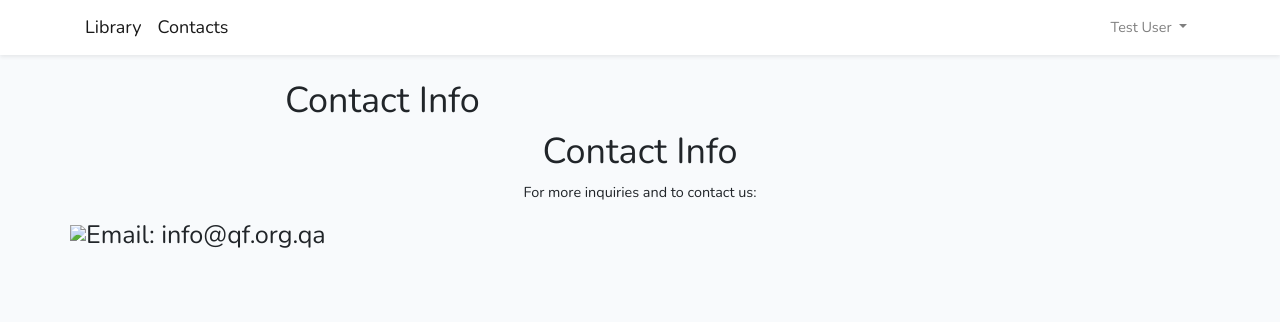
Repository: laravel-sys/groupOne
Page: http://localhost/contacts
The author's editor kept a copy of each file at every save. The page is drawn from the files as they stood at one save, then again after the next save.
The browser window is 1280 px wide. The pictures show the whole page.
The page is served by the project's Laravel application, run on PHP 8.4 with Laravel 8. A made-up administrator, Test User (test@example.com), is signed in. Other server files are loaded and not shown. Style sheets and scripts are compiled from the project's sources, by tool versions that may differ from the author's. Queries for data that is not in the repository find no rows.

Above is the page before, as saved 2021-03-26 23:02:22.

### routes/web.php
<?php
use App\Http\Controllers\ContactsController;
use Illuminate\Support\Facades\Route;

/*
|--------------------------------------------------------------------------
| Web Routes
|--------------------------------------------------------------------------
|
| Here is where you can register web routes for your application. These
| routes are loaded by the RouteServiceProvider within a group which
| contains the "web" middleware group. Now create something great!
|
*/

Route::get('/', function () {
    return view('welcome');
});

Auth::routes();

Route::get('/home', [App\Http\Controllers\HomeController::class, 'index'])->name('home');

Route::resource('contacts', ContactsController::class);

### app/Models/User.php
<?php

namespace App\Models;

use Illuminate\Contracts\Auth\MustVerifyEmail;
use Illuminate\Database\Eloquent\Factories\HasFactory;
use Illuminate\Foundation\Auth\User as Authenticatable;
use Illuminate\Notifications\Notifiable;

class User extends Authenticatable
{
    use HasFactory, Notifiable;

    /**
     * The attributes that are mass assignable.
     *
     * @var array
     */
    protected $fillable = [
        'name',
        'email',
        'password',
    ];

    /**
     * The attributes that should be hidden for arrays.
     *
     * @var array
     */
    protected $hidden = [
        'password',
        'remember_token',
    ];

    /**
     * The attributes that should be cast to native types.
     *
     * @var array
     */
    protected $casts = [
        'email_verified_at' => 'datetime',
    ];

    public function contacts(){
        return $this->hasMany(Contact::class);
    }
}

### app/Http/Controllers/ContactsController.php
<?php

namespace App\Http\Controllers;

use App\Models\Contact;
use Illuminate\Http\Request;

use Illuminate\Support\Facades\Auth;

class ContactsController extends Controller
{
    public function __construct()
    {
        $this->middleware('auth' ,['except' => [
            'index',
        ]]);
        //$this->middleware('auth');
    }

    /**
     * Display a listing of the resource.
     *
     * @return \Illuminate\Http\Response
     */
    public function index()
    {
        $user=Auth::user();
        return view('index',['contacts'=>$user->contacts]);
        //return "OK";
    }

    /**
     * Show the form for creating a new resource.
     *
     * @return \Illuminate\Http\Response
     */
    public function create()
    {
        return view('create');
    }

    /**
     * Store a newly created resource in storage.
     *
     * @param  \Illuminate\Http\Request  $request
     * @return \Illuminate\Http\Response
     */
    public function store(Request $request)
    {
        request()->validate([
            'name' => 'required',
            'email' => 'required',
            'phone' => 'required',
            'subject' => 'required',
            'message' => 'required',
        ]);

        $contact->name = request('name');
        $contact->email = request('email');
        $contact->phone = request('phone');
        $contact->subject = request('subject');
        $contact->message = request('message');
        $contact->user_id = Auth::user()->id;

        $task->save();
        return redirect('contacts');
    }

    /**
     * Display the specified resource.
     *
     * @param  \App\Models\Contact  $contact
     * @return \Illuminate\Http\Response
     */
    public function show(Contact $contact)
    {
        return view('show', ['contact' => $contact]);
    }

    /**
     * Show the form for editing the specified resource.
     *
     * @param  \App\Models\Contact  $contact
     * @return \Illuminate\Http\Response
     */
    public function edit(Contact $contact)
    {
        return view('edit' , ['contact' => $contact]);
    }

    /**
     * Update the specified resource in storage.
     *
     * @param  \Illuminate\Http\Request  $request
     * @param  \App\Models\Contact  $contact
     * @return \Illuminate\Http\Response
     */
    public function update(Request $request, Contact $contact)
    {
        request()->validate([
            'name' => 'required',
            'email' => 'required',
            'phone' => 'required',
            'subject' => 'required',
            'message' => 'required',
        ]);

        $contact->name = request('name');
        $contact->email = request('email');
        $contact->phone = request('phone');
        $contact->subject = request('subject');
        $contact->message = request('message');
        $contact->user_id = Auth::user()->id;

        $contact->save();
        return redirect(route('contacts.index'));
    }

    /**
     * Remove the specified resource from storage.
     *
     * @param  \App\Models\Contact  $contact
     * @return \Illuminate\Http\Response
     */
    public function destroy(Contact $contact)
    {
        // $contact->delete();
        // return redirect(route('contacts.index'));
    }
}

### app/Models/Contact.php
<?php

namespace App\Models;

use Illuminate\Database\Eloquent\Factories\HasFactory;
use Illuminate\Database\Eloquent\Model;

class Contact extends Model
{
    use HasFactory;
    public function user(){
        return $this->belongsTo(User::class);
    }
}

### resources/views/index.blade.php
@extends('layouts.app')

@section('content')
<div class="container">
    <div class="col-lg-8 m-auto">
        <h1>Contact Info</h1>
        @foreach ($contacts as $contact)
            <div class="card mt-3">
                <p><a href="contacts/{{$contact->id}}"></p>
                <h3>Name:{{$contact->name}}</h3>
                <h3>Email:{{$contact->email}}</h3>
                <h3>Phone Number:{{$contact->phone}}</h3>
                <h3>Subject:{{$contact->subject}}</h3>
                <h3>Message:{{$contact->message}}</h3>
            </div>

        @endforeach
    </div>
</div>



            <div class="container">
            <div style="text-align:center">
                <h1>Contact Info</h1>
                    <p>For more inquiries and to contact us:</p>
            </div>
            <div class="row">
                <div class="column">
                <img src="/w3images/map.jpg" style="width:100%">
                </div>
                <div class="column">
                        <h3>Email: info@qf.org.qa</h3>
                        <h3></h3>
                </div>
              </div>
            </div>
@endsection

### resources/views/layouts/app.blade.php
<!doctype html>
<html lang="{{ str_replace('_', '-', app()->getLocale()) }}">
<head>
    <meta charset="utf-8">
    <meta name="viewport" content="width=device-width, initial-scale=1">

    <!-- CSRF Token -->
    <meta name="csrf-token" content="{{ csrf_token() }}">

    <title>{{ config('app.name', 'Laravel') }}</title>

    <!-- Scripts -->
    <script src="{{ asset('js/app.js') }}" defer></script>

    <!-- Fonts -->
    <link rel="dns-prefetch" href="//fonts.gstatic.com">
    <link href="https://fonts.googleapis.com/css?family=Nunito" rel="stylesheet">
    <link rel="stylesheet" href="https://cdn.jsdelivr.net/npm/bootstrap@4.6.0/dist/css/bootstrap.min.css" integrity="sha384-B0vP5xmATw1+K9KRQjQERJvTumQW0nPEzvF6L/Z6nronJ3oUOFUFpCjEUQouq2+l" crossorigin="anonymous">

    <!-- Styles -->
    <link href="{{ asset('css/app.css') }}" rel="stylesheet">
</head>
<body>
    <div id="app">
        <nav class="navbar navbar-expand-md navbar-light bg-white shadow-sm">
            <div class="container">
                <a class="navbar-brand" href="{{ url('/home') }}">
                   Library
                </a>
                <button class="navbar-toggler" type="button" data-toggle="collapse" data-target="#navbarSupportedContent" aria-controls="navbarSupportedContent" aria-expanded="false" aria-label="{{ __('Toggle navigation') }}">
                    <span class="navbar-toggler-icon"></span>
                </button>

                <div class="collapse navbar-collapse" id="navbarSupportedContent">
                    <!-- Left Side Of Navbar -->
                    <ul class="navbar-nav mr-auto">
                            <a class="navbar-brand" href="{{ url('/contacts') }}">
                                  Contacts
                            </a>
                    </ul>

                    <!-- Right Side Of Navbar -->
                    <ul class="navbar-nav ml-auto">
                        <!-- Authentication Links -->
                        @guest
                            @if (Route::has('login'))
                                <li class="nav-item">
                                    <a class="nav-link" href="{{ route('login') }}">{{ __('Login') }}</a>
                                </li>
                            @endif

                            @if (Route::has('register'))
                                <li class="nav-item">
                                    <a class="nav-link" href="{{ route('register') }}">{{ __('Register') }}</a>
                                </li>
                            @endif
                        @else
                            <li class="nav-item dropdown">
                                <a id="navbarDropdown" class="nav-link dropdown-toggle" href="#" role="button" data-toggle="dropdown" aria-haspopup="true" aria-expanded="false" v-pre>
                                    {{ Auth::user()->name }}
                                </a>

                                <div class="dropdown-menu dropdown-menu-right" aria-labelledby="navbarDropdown">
                                    <a class="dropdown-item" href="{{ route('logout') }}"
                                       onclick="event.preventDefault();
                                                     document.getElementById('logout-form').submit();">
                                        {{ __('Logout') }}
                                    </a>

                                    <form id="logout-form" action="{{ route('logout') }}" method="POST" class="d-none">
                                        @csrf
                                    </form>
                                </div>
                            </li>
                        @endguest
                    </ul>
                </div>
            </div>
        </nav>

        <main class="py-4">
            @yield('content')
        </main>
    </div>

    <script src="https://code.jquery.com/jquery-3.5.1.slim.min.js" integrity="sha384-DfXdz2htPH0lsSSs5nCTpuj/zy4C+OGpamoFVy38MVBnE+IbbVYUew+OrCXaRkfj" crossorigin="anonymous"></script>
    <script src="https://cdn.jsdelivr.net/npm/bootstrap@4.6.0/dist/js/bootstrap.bundle.min.js" integrity="sha384-Piv4xVNRyMGpqkS2by6br4gNJ7DXjqk09RmUpJ8jgGtD7zP9yug3goQfGII0yAns" crossorigin="anonymous"></script>

</body>
</html>

Loaded but not shown: app/Http/Controllers/Auth/ConfirmPasswordController.php (common file); app/Http/Controllers/Controller.php (common file); resources/sass/app.scss (common file); resources/sass/_variables.scss (common file)

After the next save:
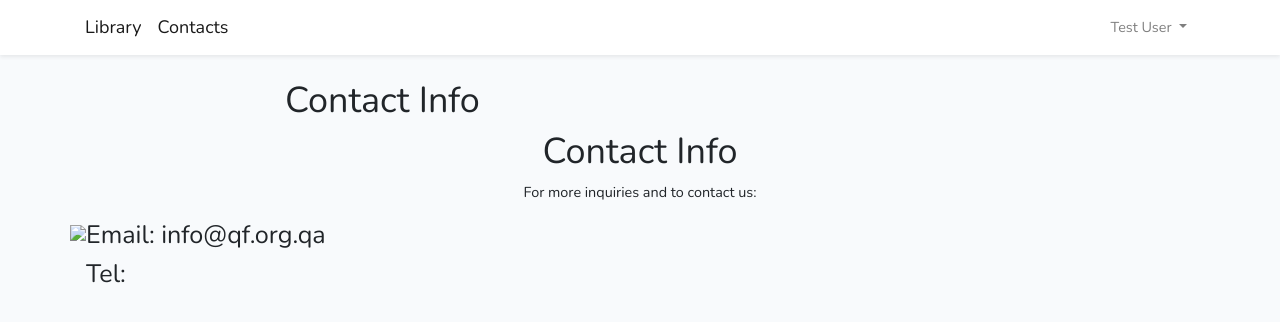
Saved 6 s later.
--- a/resources/views/index.blade.php
+++ b/resources/views/index.blade.php
@@ -31,7 +31,7 @@
                 </div>
                 <div class="column">
                         <h3>Email: info@qf.org.qa</h3>
-                        <h3></h3>
+                        <h3>Tel: </h3>
                 </div>
               </div>
             </div>
